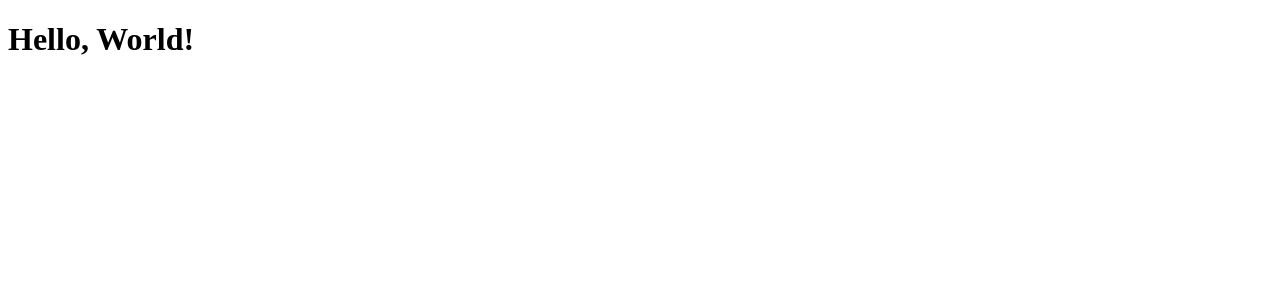
Repository: aphim/WEB6201-wk1
Page: index.html
The author's editor kept a copy of each file at every save. The page is drawn from the files as they stood at one save, then again after the next save.
The browser window is 1280 px wide. The pictures show the whole page.

Above is the page before, as saved 2021-01-14 09:13:26.

### index.html
<!DOCTYPE html>
<html lang="en">
<head>
    <meta charset="UTF-8">
    <meta name="viewport" content="width=device-width, initial-scale=1.0">
    <title>Hello World</title>

    <!-- CSS section-->
    <link rel="stylesheet" href="./node_modules/bootstrap/dist/css/bootstrap-grid.min.css">
    <link rel="stylesheet" href="./node_modules/bootstrap/@fortawesome/fontawesome-free/css/all.min.css">
    <link rel="stylesheet" href="./content/app.css">
</head>
<body>
    <div>
        <h1>Hello, World!</h1>
    </div>

    <!-- Javascript Section-->
    <script src="./node_modules/jquery/dist/jquery.min.js"></script>
    <script src="./node_modules/bootstrap/dist/js/bootstrap.bundle.min.js"></script>

    <script src="./Scripts/app.js"></script>
</body>
</html>

### Content/app.css
/* Custom CSS goes here */

### Scripts/app.js
/* custom scripts go here */

(function()
{
    // initialization function
    function Start()
    {
        console.log("App Started...");

        //always use let instead of var
        for (let index =0; index < 5; index++)
        {
            console.log(index);
        }

    }
    // event listener
    window.addEventListener("load", Start);
}

)();

Loaded but not shown: node_modules/bootstrap/dist/css/bootstrap-grid.min.css (library); node_modules/@fortawesome/fontawesome-free/css/all.min.css (library); node_modules/jquery/dist/jquery.min.js (library); node_modules/bootstrap/dist/js/bootstrap.bundle.min.js (library)

After the next save:
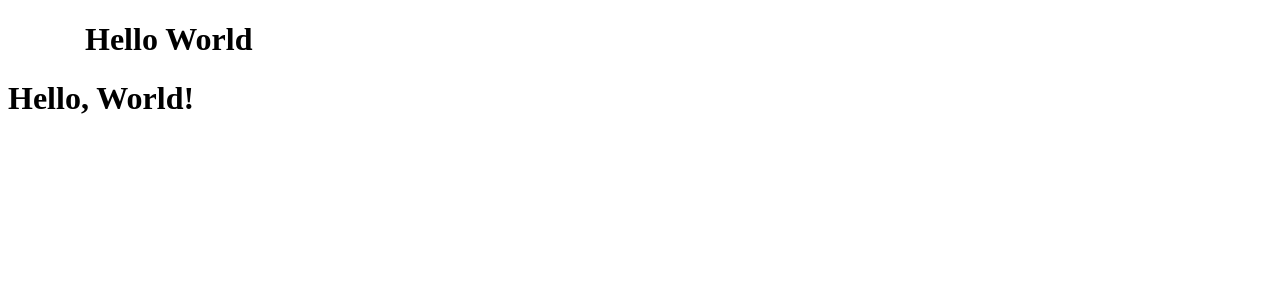
Saved 2 min 4 s later.
--- a/index.html
+++ b/index.html
@@ -3,8 +3,9 @@
 <head>
     <meta charset="UTF-8">
     <meta name="viewport" content="width=device-width, initial-scale=1.0">
-    <title>Hello World</title>
-
+    <div class="container">
+        <h1>Hello World</h1>
+    </div>
     <!-- CSS section-->
     <link rel="stylesheet" href="./node_modules/bootstrap/dist/css/bootstrap-grid.min.css">
     <link rel="stylesheet" href="./node_modules/bootstrap/@fortawesome/fontawesome-free/css/all.min.css">
